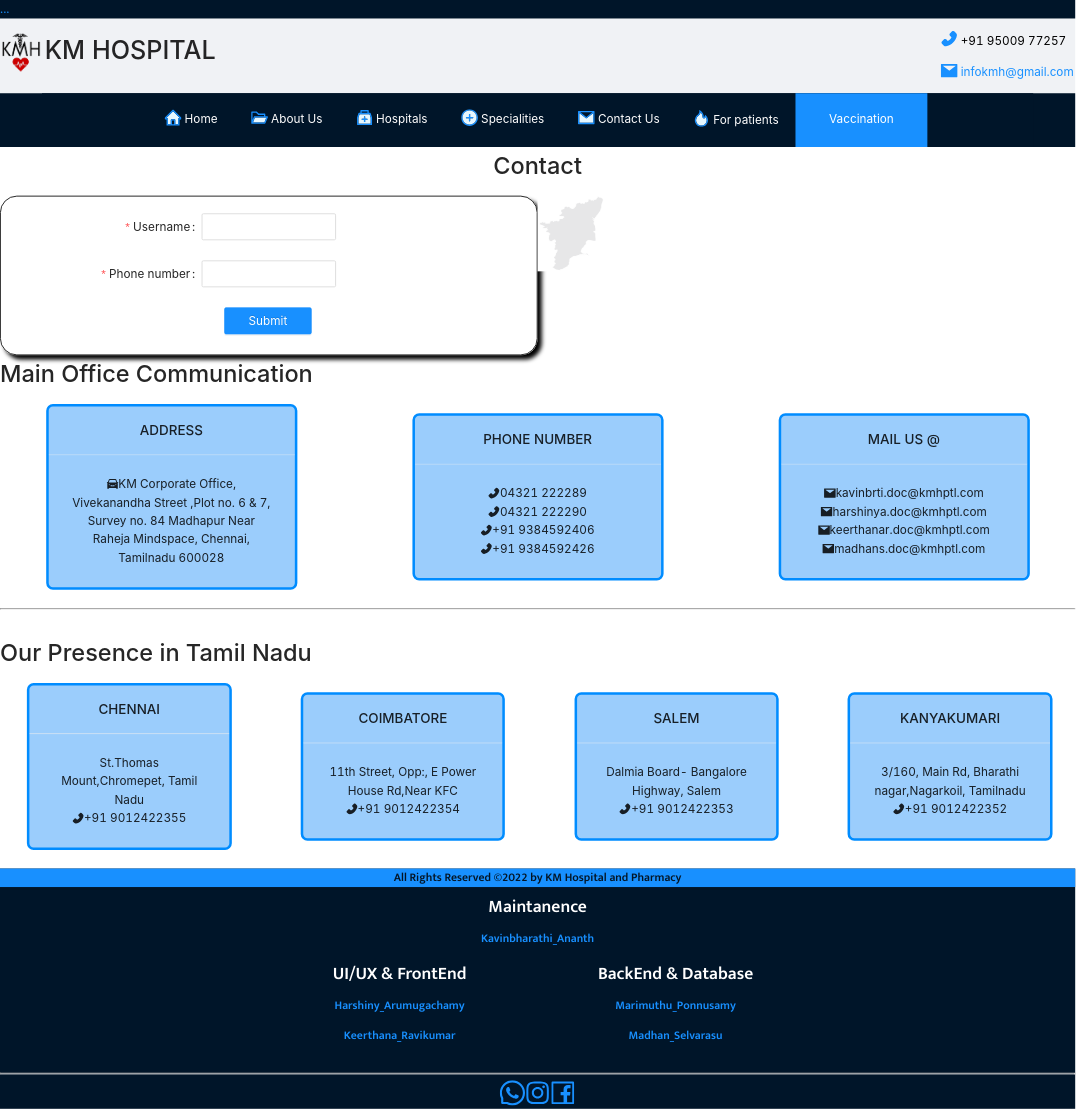
Repository: marimuthu1001/KHM-hospital
Page: /contactus (app in km-hospital/)
The author's editor kept a copy of each file at every save. The page is drawn from the files as they stood at one save, then again after the next save.
The browser window is 1280 px wide. The page is 1297 px wide, so the pictures cover 1297 px, including what lies to the right of the window. The pictures show the whole page, at 84% of full size.
The project was rebuilt for these pictures with package versions that can differ from the ones it lists, and the page was loaded fresh each time. Also part of the build but not shown: km-hospital/src/Pages/Feedback.jsx.

Above is the page before, as saved 2022-01-25 08:53:28.

### km-hospital/public/index.html
<!DOCTYPE html>
<html lang="en">
  <head>
    <meta charset="utf-8" />
    <link rel="icon" href="%PUBLIC_URL%/favicon.ico" />
    <meta name="viewport" content="width=device-width, initial-scale=1" />
    <meta name="theme-color" content="#000000" />
    <meta
      name="description"
      content="Web site created using create-react-app"
    />
    <link rel="apple-touch-icon" href="%PUBLIC_URL%/logo192.png" />
    <!--
      manifest.json provides metadata used when your web app is installed on a
      user's mobile device or desktop. See https://developers.google.com/web/fundamentals/web-app-manifest/
    -->
    <link rel="manifest" href="%PUBLIC_URL%/manifest.json" />
    <!--
      Notice the use of %PUBLIC_URL% in the tags above.
      It will be replaced with the URL of the `public` folder during the build.
      Only files inside the `public` folder can be referenced from the HTML.

      Unlike "/favicon.ico" or "favicon.ico", "%PUBLIC_URL%/favicon.ico" will
      work correctly both with client-side routing and a non-root public URL.
      Learn how to configure a non-root public URL by running `npm run build`.
    -->
    <title>KM HOSPITAL | HOME</title>
  </head>
  <body>
    <noscript>You need to enable JavaScript to run this app.</noscript>
    <div id="root"></div>
    <!--
      This HTML file is a template.
      If you open it directly in the browser, you will see an empty page.

      You can add webfonts, meta tags, or analytics to this file.
      The build step will place the bundled scripts into the <body> tag.

      To begin the development, run `npm start` or `yarn start`.
      To create a production bundle, use `npm run build` or `yarn build`.
    -->
  </body>
</html>

### km-hospital/src/index.js
import React from 'react';
import ReactDOM from 'react-dom';
import 'antd/dist/antd.min.css'
import './index.css'
import App from './App';


ReactDOM.render(
  <React.StrictMode>
    <App />
  </React.StrictMode>,
  document.getElementById('root')
);

### km-hospital/src/index.css
@import '~antd/dist/antd.css';

.ant-menu:not(.ant-menu-horizontal) .ant-menu-item-selected {
	background: transparent;
}

.ant-menu{
    background: red;
    }

### km-hospital/src/App.js
import Nav from  './components/Nav'
import Footer from './components/Footer'
import ContactUs from './Pages/ContactUs'
import {BrowserRouter as Router, Route,Routes} from 'react-router-dom'

import Feedback from './Pages/Feedback'

function App() {
  return (
    <Router>
        <div className="App">
          <Nav/>
          <Routes>
            <Route exact path="/contactus" element={<ContactUs/>}/>
            <Route exact path="/feedback" element={<Feedback/>}/>
          </Routes>

          <Footer/>
        </div>
    </Router>

  );
}

export default App;

### km-hospital/src/components/Nav.jsx
import React from 'react'

import Styles from '../Styles/Nav.module.css'
import { Layout, Menu, Dropdown,Row,Col } from 'antd';
import { UserOutlined, LaptopOutlined, NotificationOutlined } from '@ant-design/icons';
import Logo from '../Images/Logo.png'

import {HomeTwoTone,
    FolderOpenTwoTone,
    MedicineBoxTwoTone,
    PlusCircleTwoTone,
    FireTwoTone ,
    MailTwoTone,
    PhoneFilled,
    MailFilled,

    } from '@ant-design/icons'

function Nav() {
  const menu = (
    <Menu>

            <Menu.Item key="1">Covid Dose</Menu.Item>
            <Menu.Item key="2">Covid Booster</Menu.Item>
            <Menu.Item key="3">Polio Vaccine</Menu.Item>
            <Menu.Item key="4">Chicken pox Vaccine</Menu.Item>
      </Menu>
  )
const patients = (
  <Menu>
          <Menu.Item key="1">Health Checkup Package</Menu.Item>
          <Menu.Item key="2">Medicines</Menu.Item>
          <Menu.Item key="3">Symptoms</Menu.Item>
          <Menu.Item key="4">Procedurs</Menu.Item>
          <Menu.Item key="5">BMI Calculator</Menu.Item>
    </Menu>

  )

  const { Header} = Layout;
    return (

      <Layout>
        <p className={Styles.line}>...</p>
        <div className={Styles.head} >
            <Row gutters={[16,16]}>
              <Col md={{span:2}} lg={{span:1}}>
              <div className="logo">
              <img src={Logo} alt="Logo" widht={50} height={50}/>
            </div>
              </Col>
              <Col md={{span:6}} lg={{span:4}}>
              <h1>KM HOSPITAL</h1>
              </Col>
              <Col md={{span:8}} lg={{span:16}}></Col>
              <Col md={{span:5}} lg={{span:3}}>
              <div className={Styles.contactHead}>
                <p style={{color:'black'}}><PhoneFilled  style= {{ fontSize: '20px',color: '#1890ff'  }} />&nbsp;+91 95009 77257</p>
                <p><a href="mailto:infokmh@gmail.com"><MailFilled style= {{ fontSize: '20px',color: '#1890ff'  }} />&nbsp;infokmh@gmail.com</a></p>
               </div>
              </Col>
            </Row>
        </div>



      <Header className="header">
      <div className="menubar">
        <Menu style={{
            position: 'relative',
            display: 'flex',
            justifyContent: 'center',

        }} theme="dark" mode="horizontal" defaultSelectedKeys={['1']}>
     <a href="/">
          <Menu.Item key="7"><HomeTwoTone style={{fontSize:20}}/>&nbsp;Home</Menu.Item>
     </a>
     <a href="">
          <Menu.Item key="2"><FolderOpenTwoTone style={{fontSize:20}}/>&nbsp;About Us</Menu.Item>
     </a>
     <a href="">
          <Menu.Item key="3"><MedicineBoxTwoTone style={{fontSize:20}}/>&nbsp;Hospitals</Menu.Item>
     </a>
     <a href="">
          <Menu.Item key="4"><PlusCircleTwoTone style={{fontSize:20}}/>&nbsp;Specialities</Menu.Item>
     </a>
     <a href="/contactus">
          <Menu.Item  key="6"> <MailTwoTone style={{fontSize:20}}/>&nbsp;Contact Us</Menu.Item>
     </a>
          <Dropdown  overlay={patients} placement="topCenter">
              <Menu.Item key="5"><FireTwoTone style={{fontSize:20}}/>&nbsp;For patients</Menu.Item>
          </Dropdown>

          <Menu.Item key="1">
          <Dropdown  overlay={menu} placement="topCenter">
                    <Menu.Item>Vaccination</Menu.Item>
          </Dropdown>
          </Menu.Item>


        </Menu>  </div>
      </Header>


        </Layout>


    )
}

export default Nav

### km-hospital/src/components/Footer.jsx
import React from 'react'
import Styles from '../Styles/Footer.module.css'
import { Row, Col } from 'antd';
import {WhatsAppOutlined,
    InstagramOutlined,
    FacebookOutlined} from '@ant-design/icons'
function Footer() {
    return (
        <div  >
            <div className={Styles.footer}>


                <div className={Styles.footerContent}>
                    <div sm={1}  md={6} lg={8}  className={Styles.footerTitle}>
                        <h4>All Rights Reserved &copy;2022 by KM Hospital and Pharmacy</h4>
                    </div>


                <div className={Styles.maintain}>
                    <h2>Maintanence</h2>
                    <p>Kavinbharathi_Ananth</p>
                </div>

                <Row className={Styles.design} gutter={[34, 18]}>
                <Col xs={24} md={6}/>
                    <Col xs={24} md={6}>
                        <div>
                            <h2 className={Styles.headDecoration}>UI/UX & FrontEnd</h2>
                            <div className={Styles.decoration}>
                                <p>Harshiny_Arumugachamy</p>
                                <p>Keerthana_Ravikumar</p>
                            </div>
                        </div>
                    </Col>
                    <Col xs={24} md={6}>
                        <div>
                        <h2 className={Styles.headDecoration}>BackEnd & Database</h2>
                            <div className={Styles.decoration}>
                                <p>Marimuthu_Ponnusamy</p>
                                <p>Madhan_Selvarasu</p>
                            </div>
                        </div>
                    </Col>
                    <Col xs={24} md={6}/>
                        <Col sm={{ span: 5, offset: 0 }} md={{ span: 5, offset: 0 }} lg={{ span: 6, offset:0  }}> </Col>
                </Row>


<hr/>


                <Row  className={Styles.social}>
                    <Col sm={{span:2}} md={{span:8}} lg={{span:8}}><WhatsAppOutlined style={{fontSize: '30px' }} /></Col>
                    <Col sm={{span:2}} md={{span:8}} lg={{span:8}}><InstagramOutlined style={{fontSize: '30px' }} /></Col>
                    <Col sm={{span:2}} md={{span:8}} lg={{span:8}}><FacebookOutlined style={{fontSize: '30px' }} /></Col>
                </Row>
            </div>
        </div>
        </div>
    )
}

export default Footer

### km-hospital/src/Pages/ContactUs.jsx
import React from 'react'
import Styles from '../Styles/ContactUs.module.css'
import { Card, Col, Row,Form, Input, Button  } from 'antd';
import {CarFilled ,PhoneFilled,MailFilled} from '@ant-design/icons'
import TamilNadu from '../Images/TN image.png'
function ContactUs() {
    const onFinish = (values) => {
        console.log('Success:', values);
      };

      const onFinishFailed = (errorInfo) => {
        console.log('Failed:', errorInfo);
      };

    return (
        <div>
            <div className={Styles.title}>
                <h1>Contact</h1>
            </div>


<Row>
        <Col span={12}>
        <Form className={Styles.form}
                    name="basic"
                    labelCol={{
                        span: 9,
                    }}
                    wrapperCol={{
                        span: 6,
                    }}
                    initialValues={{
                        remember: true,
                    }}
                    onFinish={onFinish}
                    onFinishFailed={onFinishFailed}
                    autoComplete="off"
                    >
                    <Form.Item
                        label="Username"
                        name="username"
                        rules={[
                        {
                            required: true,
                            message: 'Please input your username!',
                        },
                        ]}
                    >
                        <Input />
                    </Form.Item>

                    <Form.Item
                        label="Phone number"
                        name="mob_num"
                        rules={[
                        {
                            required: true,
                            message: 'Please input your Number!',
                        },
                        ]}
                    >
                        <Input />
                    </Form.Item>

                    <Form.Item
                        align="middle"
                        wrapperCol={{
                            span: 14, offset: 10
                        }}
                    >
                        <Button  className={Styles.btn} type="primary" htmlType="submit">
                        Submit
                        </Button>
                    </Form.Item>


                    </Form>



        </Col>
        <Col>
        <img src={TamilNadu} alt="TN image" width={80} height={90} />
        </Col>
</Row>



    <h1>Main Office Communication</h1>
            <div className={Styles.contact}>
                <div className="site-card-wrapper">
                    <Row justify="space-around" align="middle" gutter={28}>
                        {/* <Col sm={{span:2}} md={{span:5}}  lg={{span:4}}></Col> */}
                        <Col  sm={{span:1}} md={{span:5}}  lg={{span:6}} >
                            <Card className={Styles.card} title="ADDRESS" bordered={true} hoverable={true}>
                            <CarFilled />
                            KM Corporate Office,<br/>
Vivekanandha Street ,Plot no. 6 & 7, Survey no. 84 Madhapur Near Raheja Mindspace, Chennai, Tamilnadu 600028
                            </Card>
                        </Col>
                        <Col sm={{span:1}} md={{span:5}} lg={{span:6}} >
                            <Card className={Styles.card} title="PHONE NUMBER" bordered={true} hoverable={true}>
                            <PhoneFilled />04321 222289<br/>
                            <PhoneFilled />04321 222290<br/>
                            <PhoneFilled />+91 9384592406<br/>
                            <PhoneFilled />+91 9384592426<br/>
                            </Card>
                        </Col>
                        <Col sm={{span:1}} md={{span:5}} lg={{span:6}}>
                            <Card className={Styles.card} title="MAIL US @" bordered={true} hoverable={true}>
                            <MailFilled />kavinbrti.doc@kmhptl.com<br/>
                            <MailFilled />harshinya.doc@kmhptl.com<br/>
                            <MailFilled />keerthanar.doc@kmhptl.com<br/>
                            <MailFilled />madhans.doc@kmhptl.com<br/>
                            </Card>
                        </Col>
                        {/* <Col sm={{span:3}} md={{span:5}}  lg={{span:4}}></Col> */}
                    </Row>
                   <br/> <hr/><br/>
                </div>
            </div>


            <h1>Our Presence in Tamil Nadu</h1>
            <div className="site-card-wrapper">
                    <Row className={Styles.locations} justify="space-around" align="middle" gutter={28}>
                        {/* <Col sm={{span:2}} md={{span:5}}  lg={{span:4}}></Col> */}
                        <Col  sm={{span:1}} md={{span:5}}  lg={{span:5}} >
                            <Card className={Styles.card} title="CHENNAI" bordered={true} hoverable={true}>
                            St.Thomas Mount,Chromepet, Tamil Nadu <br/> <PhoneFilled />+91 9012422355
                            </Card>
                        </Col>
                        <Col sm={{span:1}} md={{span:5}} lg={{span:5}} >
                            <Card  className={Styles.card} title="COIMBATORE" bordered={true} hoverable={true}>
                           11th Street, Opp:, E Power House Rd,Near KFC <br/> <PhoneFilled />+91 9012422354
                            </Card>
                        </Col>
                        <Col sm={{span:1}} md={{span:5}} lg={{span:5}}>
                            <Card className={Styles.card} title="SALEM" bordered={true} hoverable={true}>
                           Dalmia Board- Bangalore Highway, Salem  <br/> <PhoneFilled />+91 9012422353
                            </Card>
                        </Col>
                        <Col sm={{span:1}} md={{span:5}} lg={{span:5}}>
                            <Card className={Styles.card} title="KANYAKUMARI" bordered={true} hoverable={true}>
                             3/160, Main Rd, Bharathi nagar,Nagarkoil, Tamilnadu  <br/> <PhoneFilled />+91 9012422352
                            </Card>
                        </Col>
                        {/* <Col sm={{span:3}} md={{span:5}}  lg={{span:4}}></Col> */}
                    </Row>
              <br/>
                </div>
        </div>
    )
}

export default ContactUs

### km-hospital/src/Styles/Nav.module.css
*{
    margin-top:0px;
}
.line{
    background-color:#001529;
    color:#1890ff;
}
.head h1{
    font-size: 30px;
}
.menubar .Menu.item{
    margin-left:20%;
}
a{
    text-decoration: none;
}
a:hover{
    background-color:#1890ff;
}

### km-hospital/src/Styles/Footer.module.css
@import url('https://fonts.googleapis.com/css2?family=Mukta:wght@600&display=swap');
.footer{
    background-color:#001529;
    font-family: 'Mukta', sans-serif;
    color:#1890ff;
    position:relative;
    text-align:center
}
.footer h2{
    color:#ffffff
}
.footer .footerTitle{
    color:rgb(255, 255, 255);
    background-color:#1890ff
}
.footer .social{
    text-align:center;
    display:inline-flex;
}
.social li{
    list-style-type: none;
}
.decoration{
    list-style-type:none;
    text-align:center
}
.headDecoration{
    text-align:center
}

### km-hospital/src/Styles/ContactUs.module.css
.title{
    text-align:center;
}
.card{
    border:3px solid #008cff;
    border-radius:8px;
    text-align: center;
    background-color:#9bcdfc;
}
.card:hover{
    border:3px solid #1890ff;
    box-shadow: 8px 8px 8px #9bcdfc ;
}
.locations{

    padding-left:5px;
}
.btn{
    width:28%;
}
.form{
    border-radius:20px;
    border:1px solid #000;
    box-shadow:5px 5px 5px rgb(0, 0, 0);
    padding-top:20px;
}

After the next save:
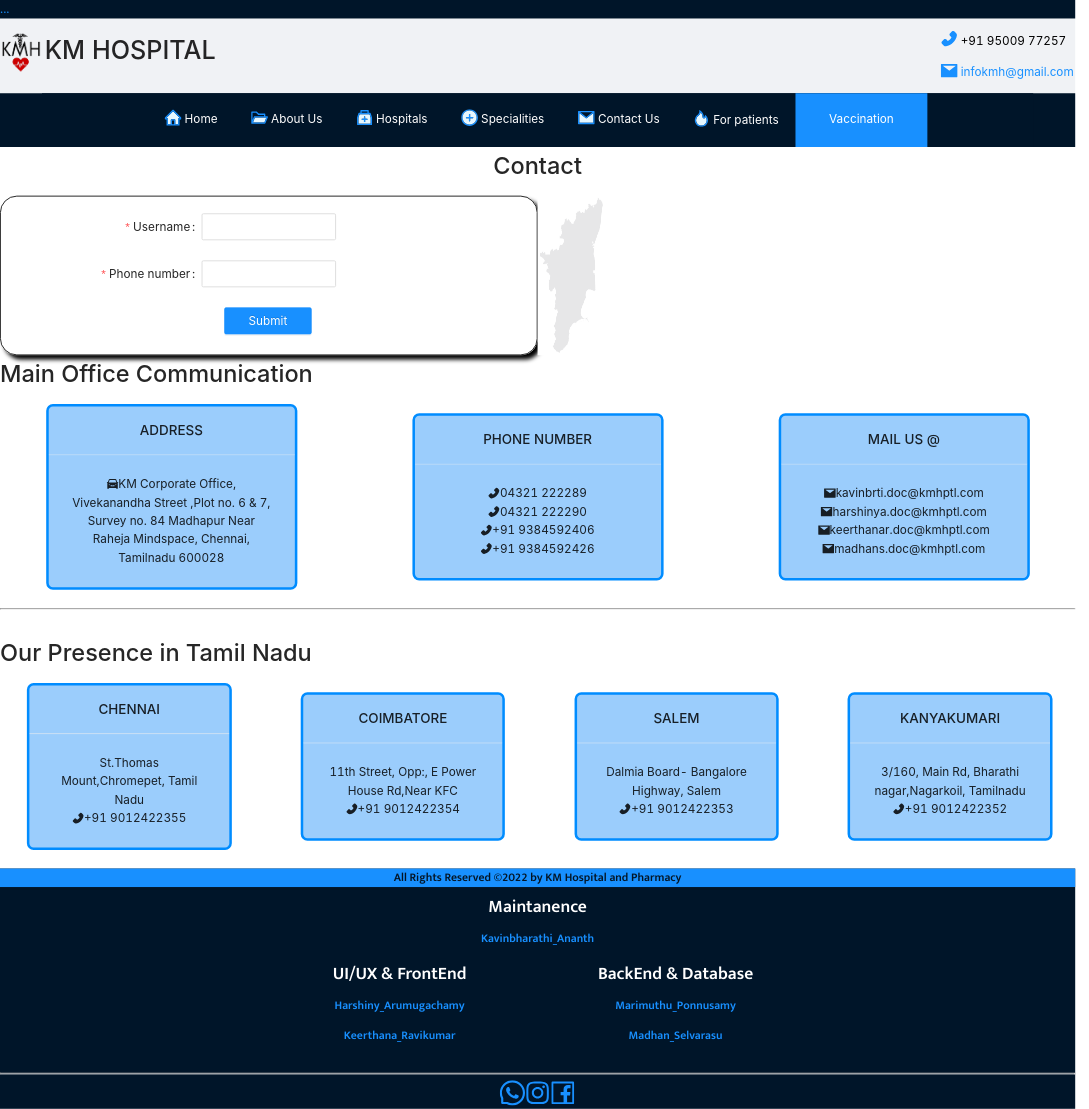
Saved 7 s later.
--- a/km-hospital/src/Pages/ContactUs.jsx
+++ b/km-hospital/src/Pages/ContactUs.jsx
@@ -80,7 +80,7 @@ function ContactUs() {
 
         </Col>
         <Col>
-        <img src={TamilNadu} alt="TN image" width={80} height={90} />
+        <img src={TamilNadu} alt="TN image" width={80} height={190} />
         </Col>
 </Row>
 
